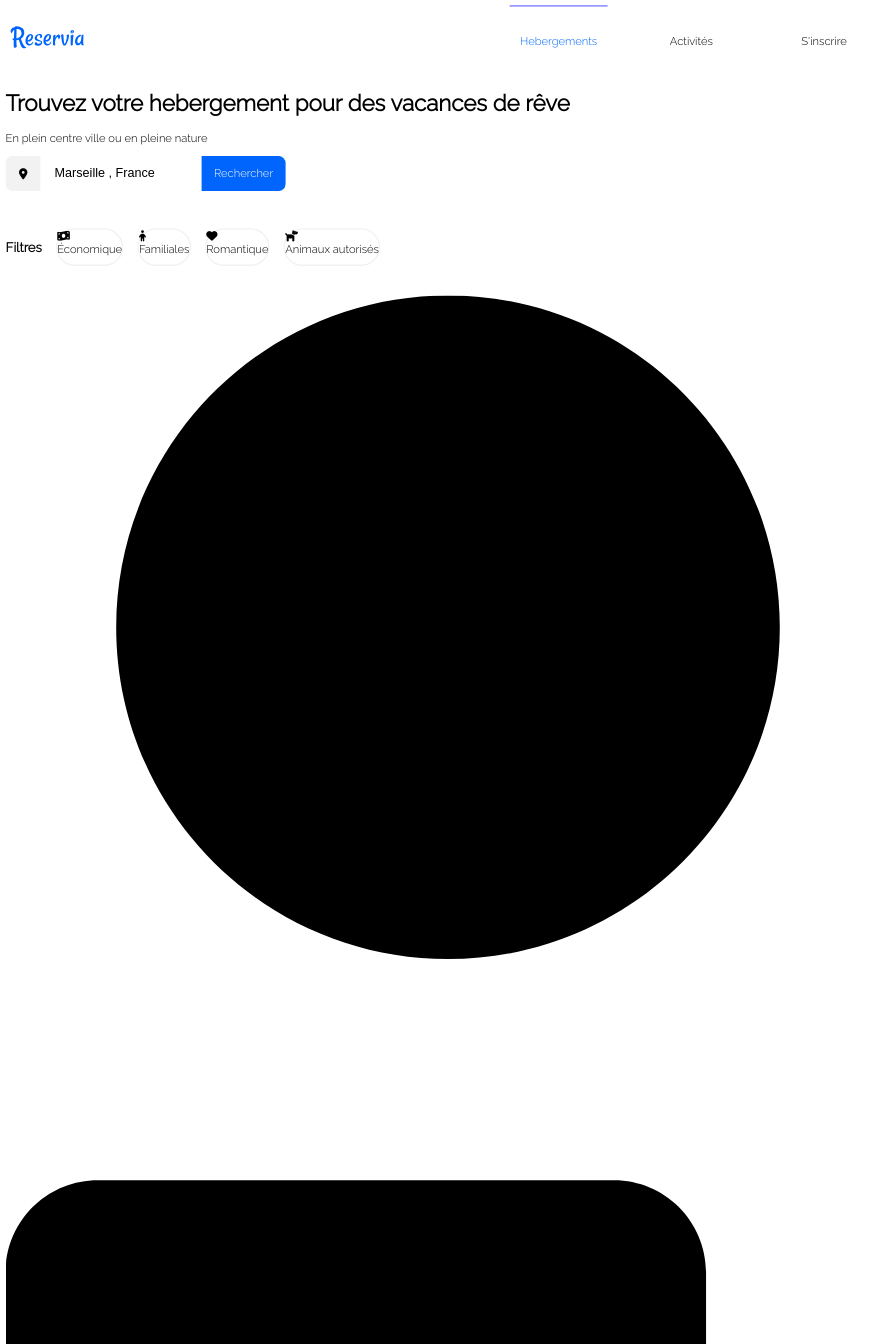
Repository: jaydeeonghub/DYLANBARBARISI_2_16062021
Page: index.html
An editor plug-in stored every save of this project. The page is shown before and after the next save, followed by the edit.
The browser window is 1280 px wide. The pictures show the part of the page from y = 0 to 1920 px (the page is 61307 px tall), at 70% of full size.
Some web libraries are served in a nearby version.

Above is the page before, as saved 2021-07-07 15:44:30.

After the next save:
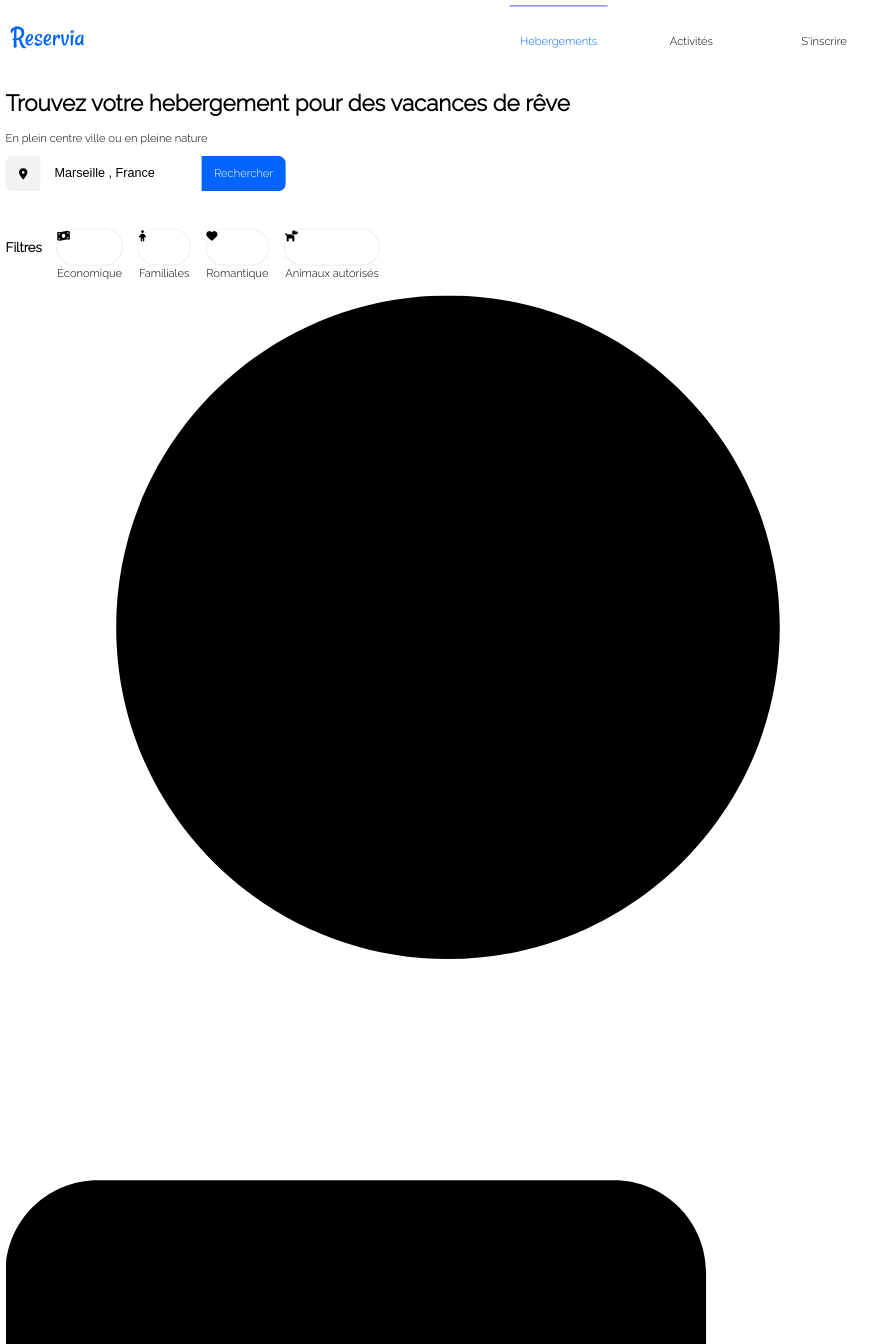
Saved 18 s later.
--- a/index.html
+++ b/index.html
@@ -55,19 +55,19 @@
           <div class="filtre margFiltre">
               <div class="margFiltreTitre"><h3>Filtres</h3></div>
           <div class="filtreTexteIcons">
-              <i class="fas fa-money-bill-wave"></i>
+              <i class="fas fa-money-bill-wave filtreIcons"></i>
               <div>Économique</div>
           </div>
           <div class="filtreTexteIcons">
-              <i class="fas fa-child"></i>
+              <i class="fas fa-child filtreIcons"></i>
               <div>Familiales</div>
           </div>
           <div class="filtreTexteIcons">
-              <i class="fas fa-heart"></i>
+              <i class="fas fa-heart filtreIcons"></i>
               <div>Romantique</div>
           </div>
           <div class="filtreTexteIcons">
-              <i class="fas fa-dog"></i>
+              <i class="fas fa-dog filtreIcons"></i>
               <div>Animaux autorisés</div>
           </div>
         </div>
